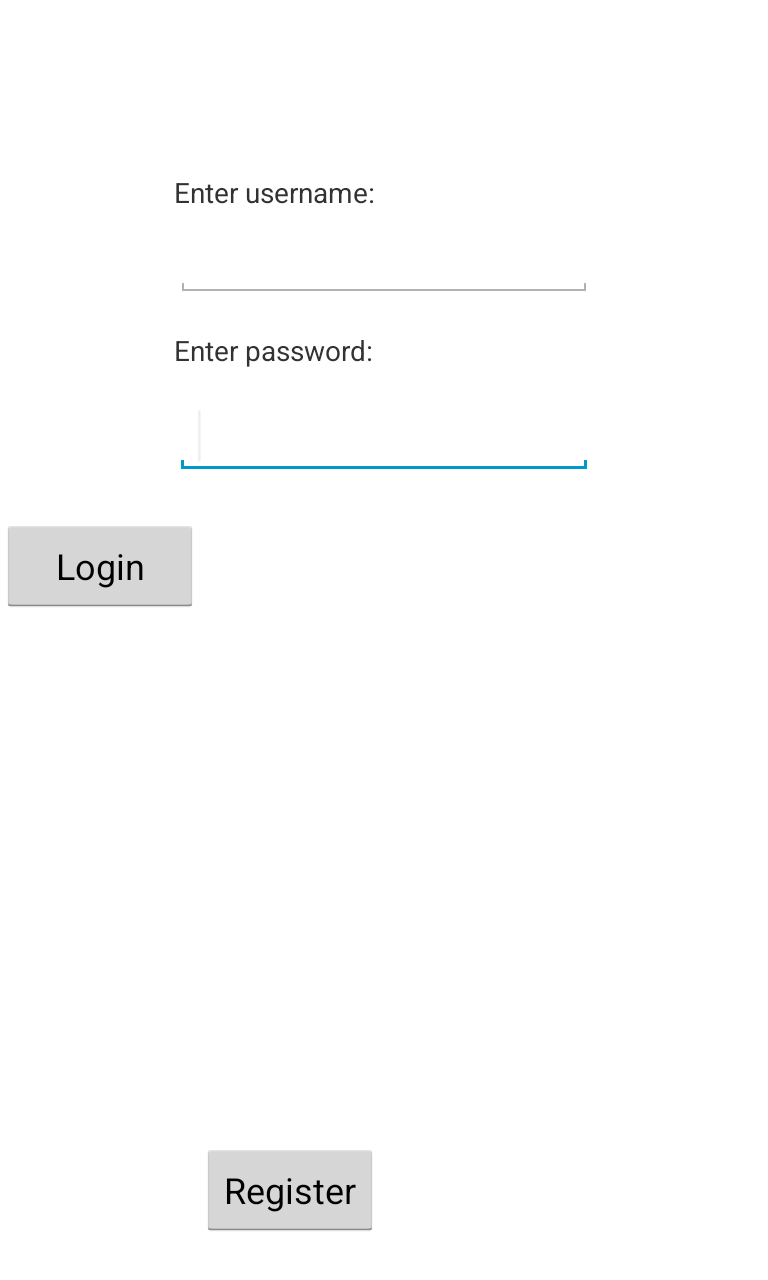
Repository: Codlex/JSMS
Layout: AndroidClient/res/layout/activity_main.xml
These files come from the project's save history. The layout is drawn as it stood at one moment and after the next save; the edit follows.
It is drawn on a 768 x 1280 px phone screen (xhdpi) without system bars, with theme AppTheme; the app's code is not run.

Above is the layout before, as saved 2013-01-04 14:45:54.

After the next save:
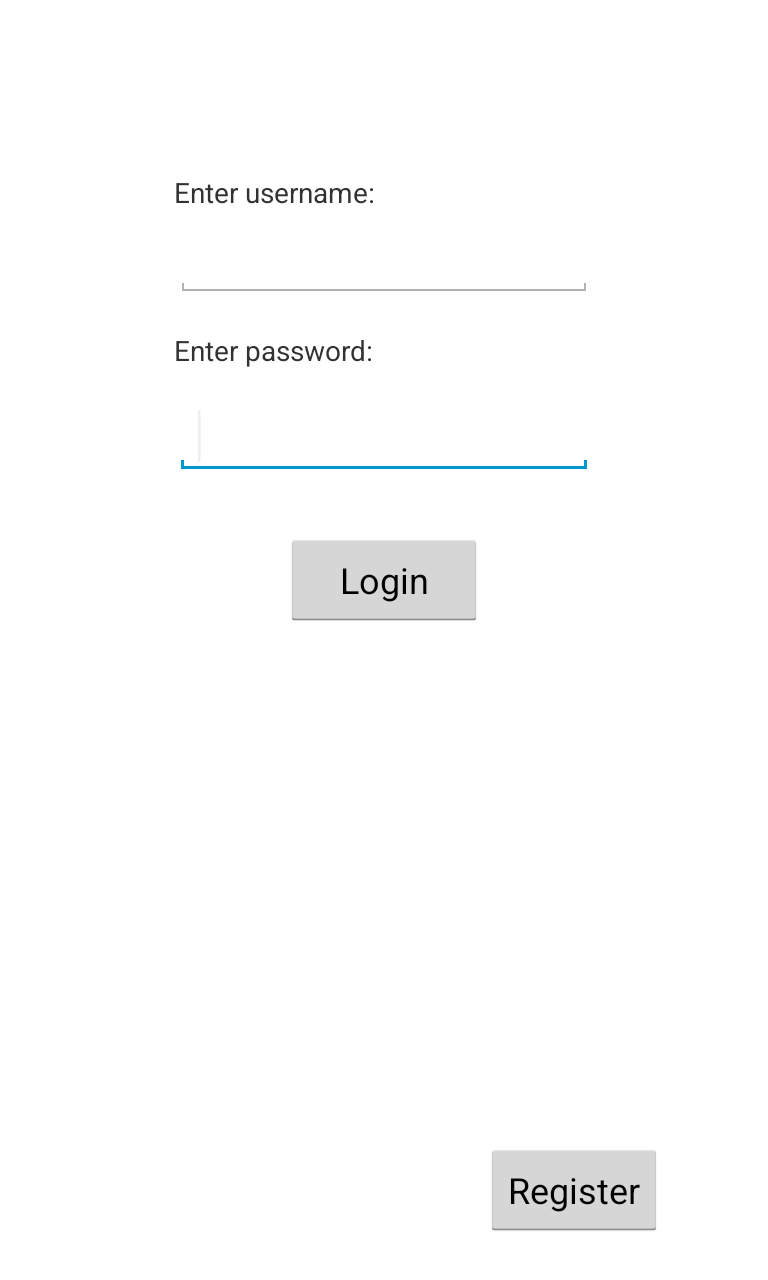
Saved 23 s later.
--- a/AndroidClient/res/layout/activity_main.xml
+++ b/AndroidClient/res/layout/activity_main.xml
@@ -47,7 +47,7 @@
     </EditText>
 
     <Button
-        android:id="@+id/button2"
+        android:id="@+id/registerb"
         android:layout_width="wrap_content"
         android:layout_height="wrap_content"
         android:layout_alignParentBottom="true"
@@ -60,7 +60,8 @@
         android:layout_width="100dp"
         android:layout_height="wrap_content"
         android:layout_below="@+id/password"
-        android:layout_marginTop="21dp"
+        android:layout_centerHorizontal="true"
+        android:layout_marginTop="28dp"
         android:text="@string/login" />
 
 </RelativeLayout>
